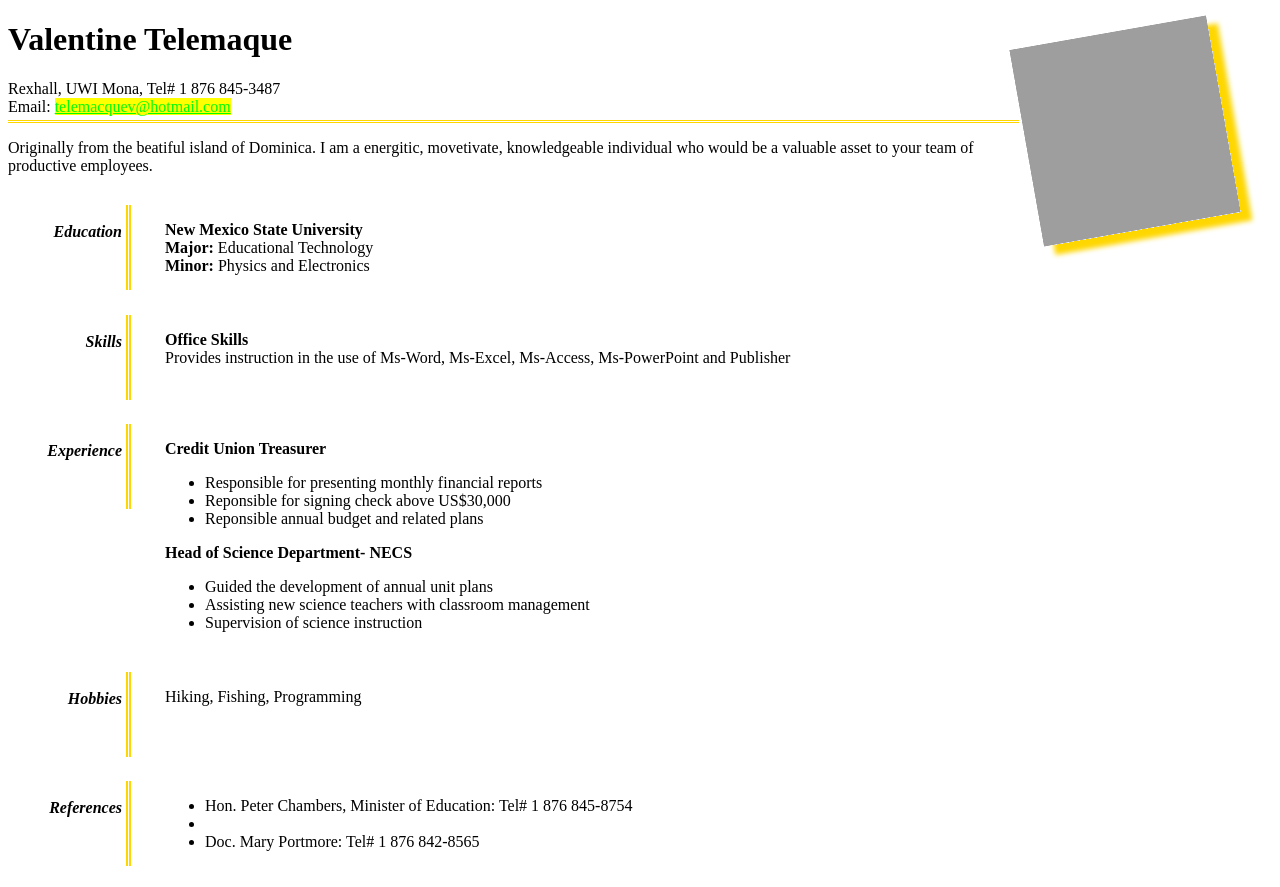
Repository: telemacquev/resume
Page: index.html
The author's editor kept a record of every edit. The page is drawn from the files as they stood at one moment, then again after the next edit.
The browser window is 1280 px wide. The pictures show the whole page.
The pointer rests on the first visible `a`.
Pictures or frames that could not be fetched are drawn as grey boxes.

Above is the page before.

After the next edit:
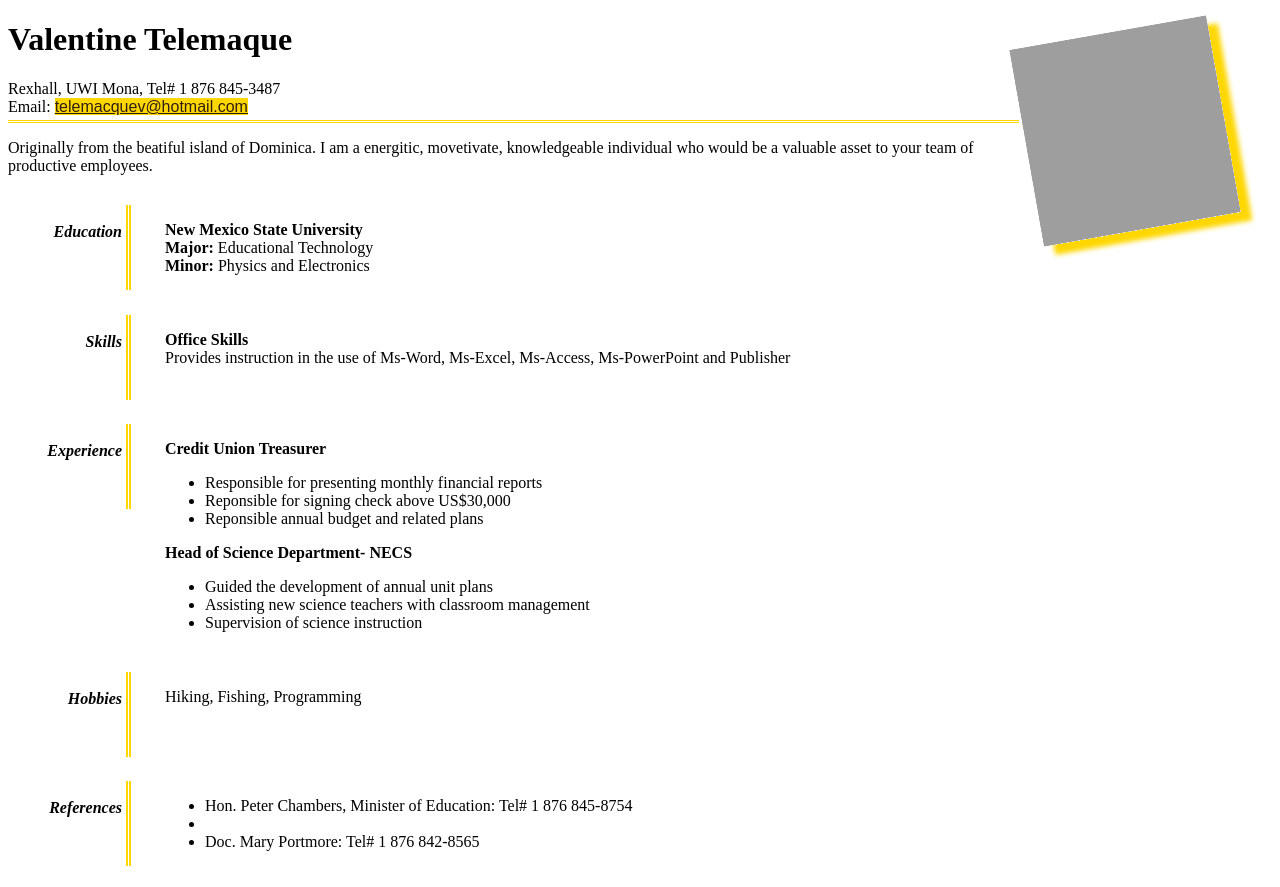
The edit:
--- a/stylesheet.css
+++ b/stylesheet.css
@@ -74,7 +74,9 @@
 
 
 a:hover {
- background-color:yellow;
- color:#00FF00;
+     background-color:gold;
+     color:#302013;
+     font-family: Cursive, Arial;
+
 }
 }
